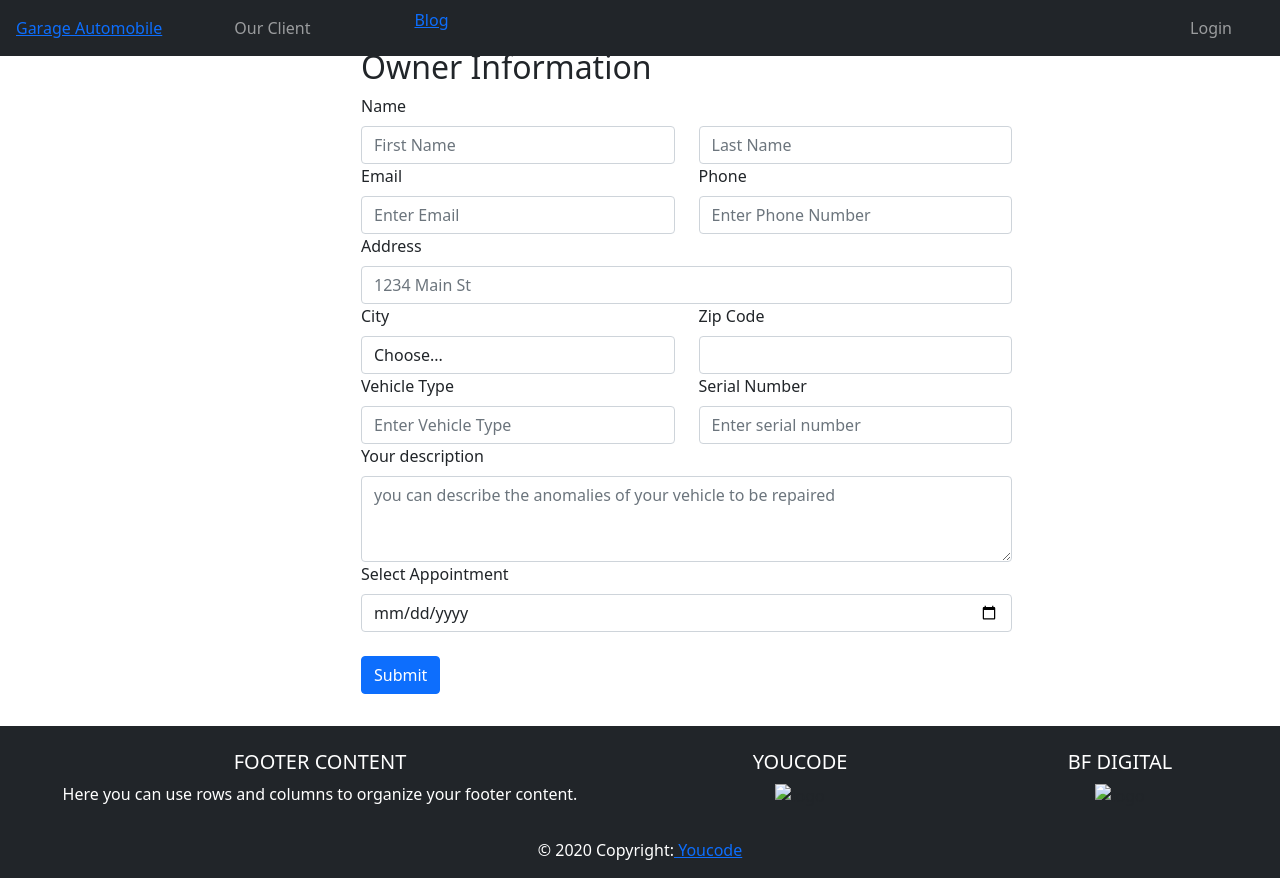
Repository: abdelhak-f/Fil-Rouge
Page: /FormGarage (app in client/)
These files come from the project's save history. The page is drawn as it stood at one moment and after the next save; the edit follows.
The browser window is 1280 px wide. The pictures show the whole page.
The project was rebuilt for these pictures with package versions that can differ from the ones it lists, and the page was loaded fresh each time. Also part of the build but not shown: client/src/components/Text.jsx, client/src/components/forms/FirstFrontForm.jsx, client/src/components/Body.jsx, client/src/components/Blog.jsx.

Above is the page before, as saved 2021-09-09 15:10:36.

After the next save:
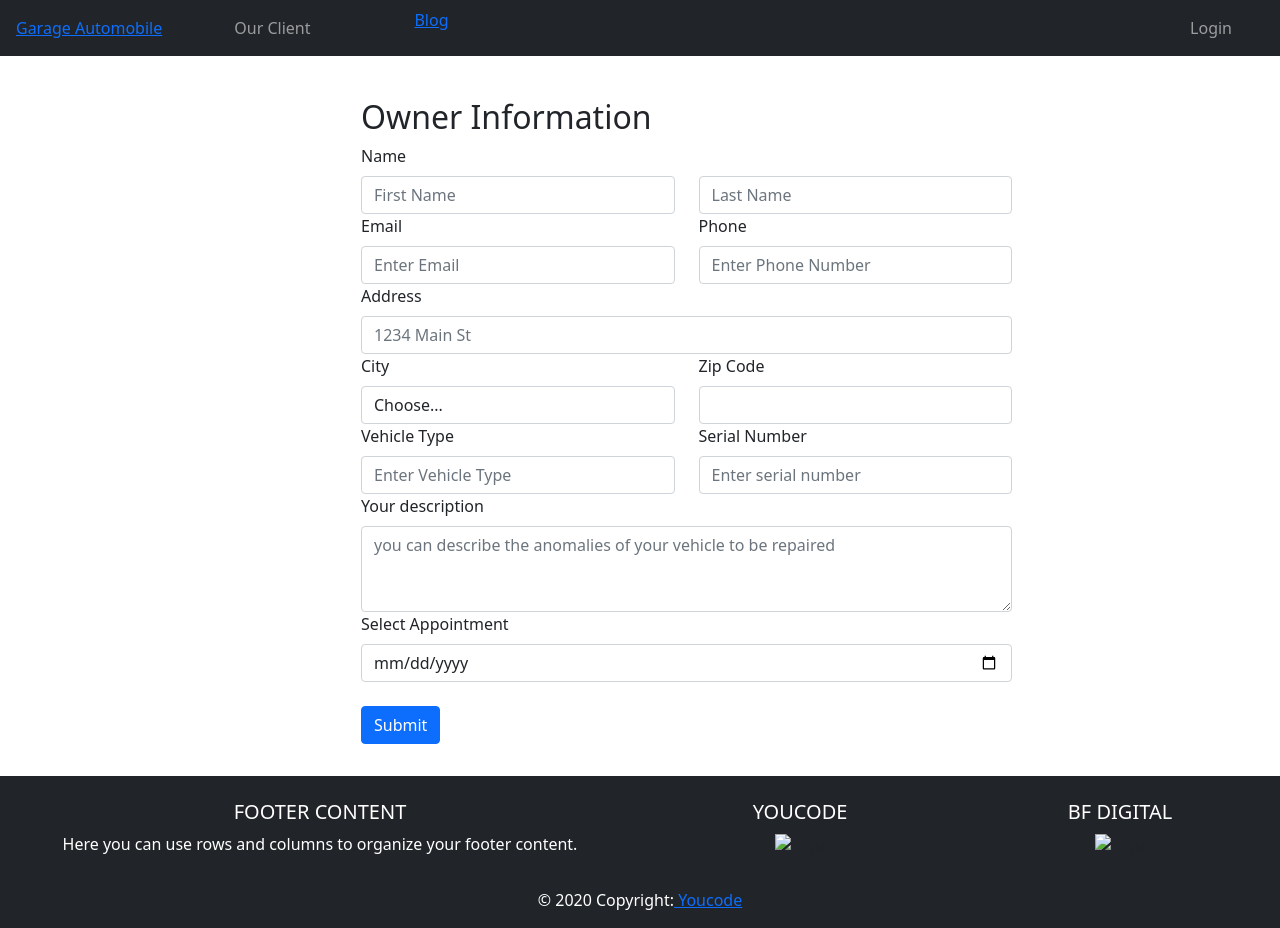
Saved 16 s later.
--- a/client/src/components/css/style.css
+++ b/client/src/components/css/style.css
@@ -5,7 +5,7 @@
   }
 
   .form-inline {
-      margin-top:  15px;
+      margin-top:  15%;
       width: 100%;
       height: 100%;
   }
